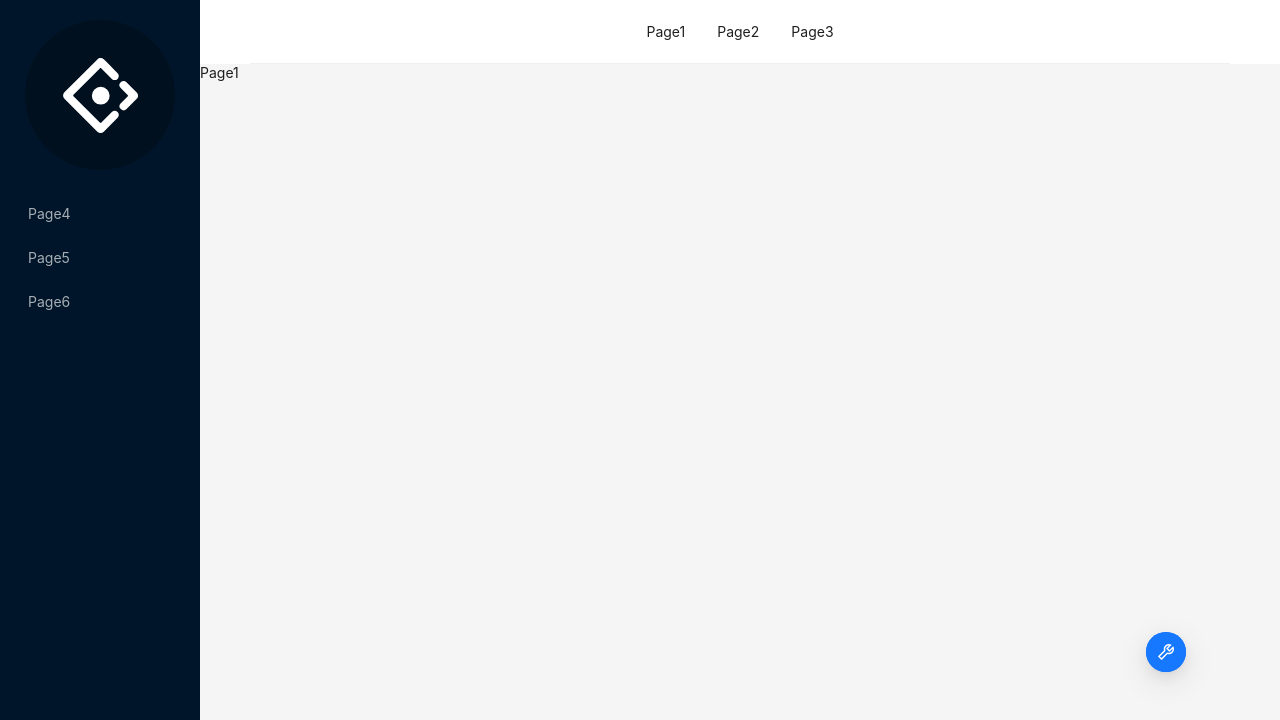
Repository: BESTETURKMEN/e-commerce
Page: /#/
An editor plug-in stored every save of this project. The page is shown before and after the next save, followed by the edit.
The browser window is 1280 px wide. The pictures show the whole page.
The project was rebuilt for these pictures with package versions that can differ from the ones it lists, and the page was loaded fresh each time. Also part of the build but not shown: webpack.config.js, src/pages/page2.jsx, src/pages/page3.jsx, src/pages/page6.jsx. Imported but missing from the stored project, and not drawn on this page: src/pages/page4, src/pages/page5.

Above is the page before, as saved 2023-08-21 11:26:31.

After the next save:
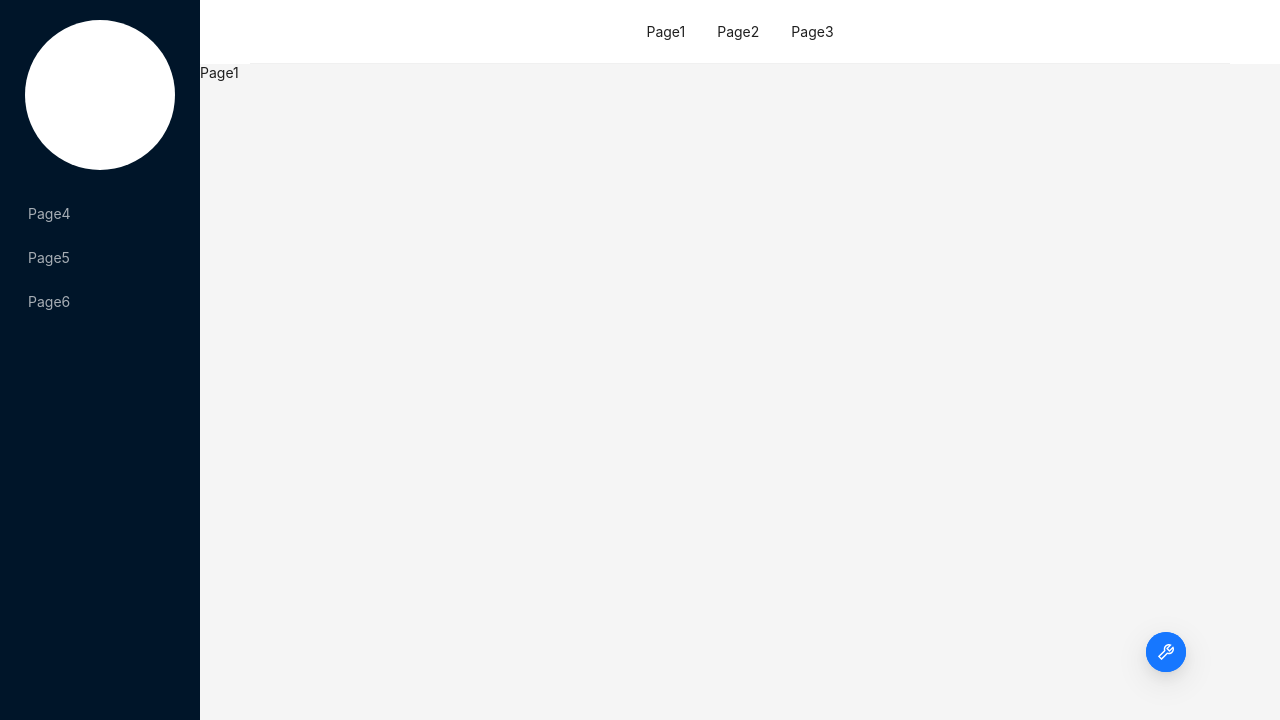
Saved 66 s later.
--- a/src/layout/layout.scss
+++ b/src/layout/layout.scss
@@ -26,6 +26,9 @@
           align-items: center;
           justify-content: center;
           padding: 20px;
+          .ant-avatar-circle {
+            background-color: white;
+          }
         }
       }
     }

After the save that followed:
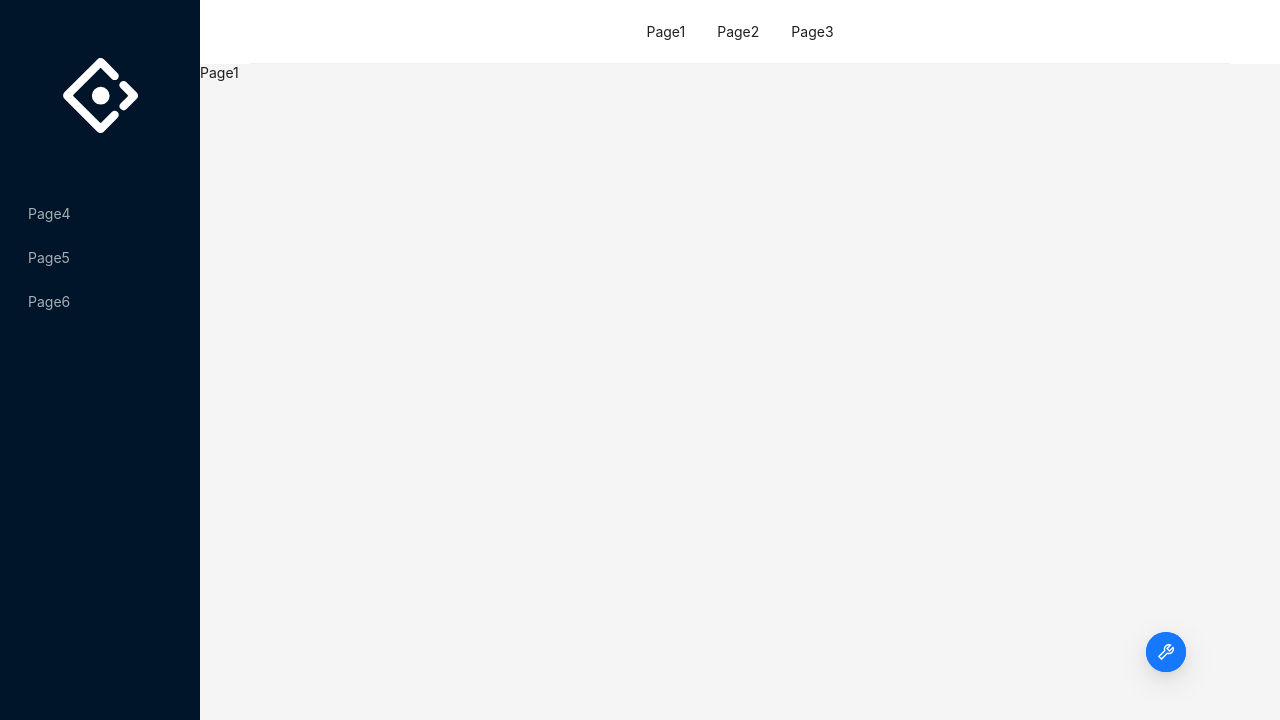
Saved 21 s later.
--- a/src/layout/layout.scss
+++ b/src/layout/layout.scss
@@ -27,7 +27,7 @@
           justify-content: center;
           padding: 20px;
           .ant-avatar-circle {
-            background-color: white;
+            background-color: rgba(255, 255, 255, 0);
           }
         }
       }
